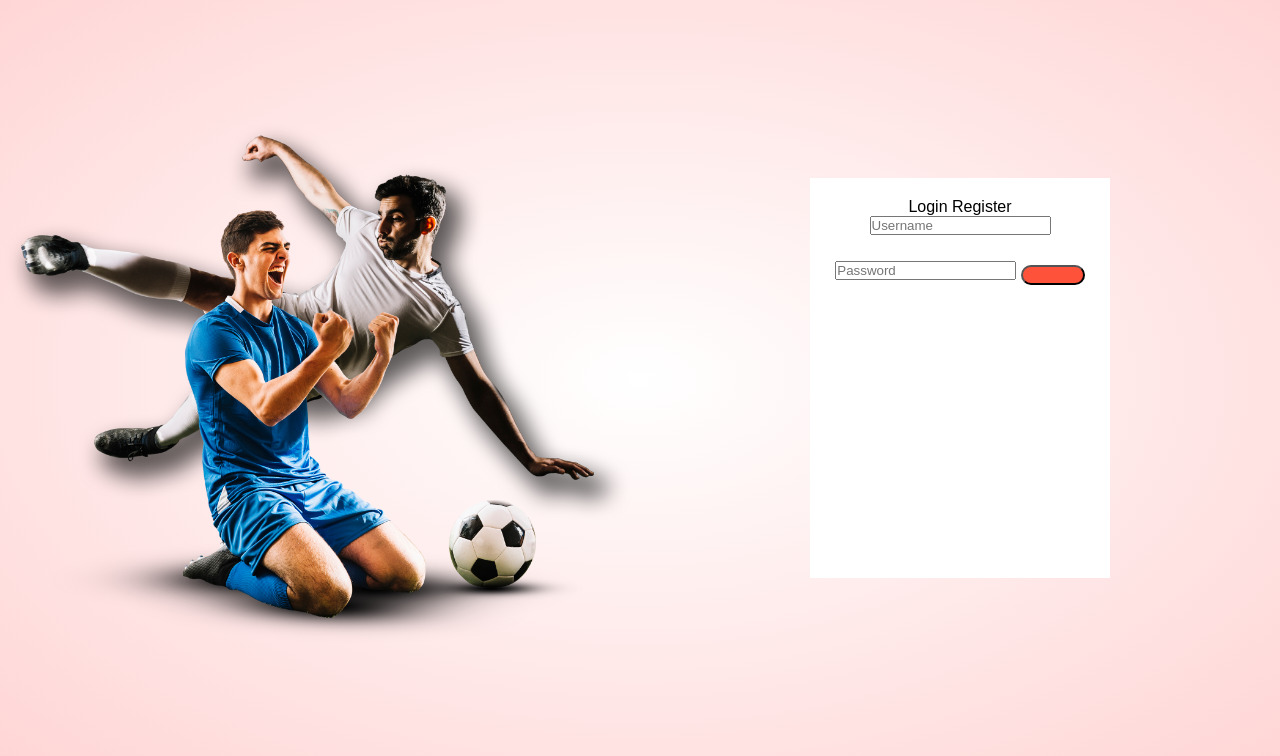
Repository: ritikalohia/tepid-frontend
Page: account.html
These files come from the project's save history. The page is drawn as it stood at one moment and after a run of saves; the edit follows.
The browser window is 1280 px wide. The pictures show the whole page.

Above is the page before, as saved 2021-06-09 12:24:29.

### account.html
<!DOCTYPE html>
<html lang="en">
<head>
    <meta charset="UTF-8">
    <meta http-equiv="X-UA-Compatible" content="IE=edge">
    <meta name="viewport" content="width=device-width, initial-scale=1.0">
    <link rel="stylesheet" href="style.css">
    <title>Document</title>
</head>
<body>
    <!---account page------>
    <div class="account-page">
        <div class="row">
            <div class="col-2">
                <img src="images/image1.png" width="100%" alt="">
            </div>
            <div class="col-2">
                <div class="form-container">
                    <div class="form-btn">
                        <span>Login</span>
                        <span>Register</span>
                    </div>
                    <form>
                        <input type="text" placeholder="Username">
                        <input type="password" placeholder="Password">
                        <button type="submit" class="btn"></button>
                    </form>
                </div>
            </div>

        </div>
    </div>


</body>
</html>

### style.css


*{
    margin: 0;
    padding: 0;
    box-sizing: border-box;
}

body{
    font-family: 'Poppins', sans-serif;
}

.navbar{
    display: flex;
    align-items: center;
    padding: 20px;
}

nav{
    flex: 1;
    text-align: right;
}

nav ul{
    display: inline-block;
    list-style-type: none;
}

nav ul li{
    display: inline-block;
    margin-right: 20px;
}

a{
    text-decoration: none;
    color: #555;
}

p{
    color: #555;
}

.container{
    max-width: 1300px;
    margin: auto;
    padding-left: 25px;
    padding-right: 25px;
}

.row{
    display: flex;
    align-items: center;
    flex-wrap: wrap;
    justify-content: space-around;
}

.col-2{
    flex-basis: 50%;
    min-width: 300px;
}

.col-2 img{
    max-width:100%;
    padding: 50px 0;
}

.col-2 h1{
    font-size: 50px;
    line-height: 60px;
    margin: 25px 0;
}

.btn{
    display: inline-block;
    background: #ff523b;
    color: #fff;
    margin: 30px 0;
    padding: 8px 30px;
    border-radius: 30px;
    transition: background 0.5s;
}

.btn:hover{
     background: #563434;
}

.header{
    background: radial-gradient(#fff, #ffd6d6);
}

.header .row{
    margin-top: 70px;
}

.categories{
    margin: 70px 0;
}

.col-3{
    flex-basis: 30%;
    min-width: 250px;
    margin-bottom: 30px;
}

.col-3 img{
    width: 100%;
}

.small-container{
    max-width: 1080px;
    margin: auto;
    padding-right: 25px;
    padding-left: 25px;
}

.col-4{
    flex-basis: 25%;
    padding: 10px;
    min-width: 200px;
    margin-bottom: 50px;
    transition: transform 0.5s;
}

.col-4 img{
    width: 100%;
}

.title{
    text-align: center;
    margin: 0 auto 80px;
    position: relative;
    line-height: 60px;
    color: #555;
}

.title::after{
    content: '';
    background: #ff523b;
    width: 80px;
    height: 5px;
    border-radius: 5px;
    position: absolute;
    bottom: 0;
    left: 50%;
    transform: translateX(-50%);
}

.title h4{
    color: #555;
    font-weight: normal;
}

.col-4 p{
    font-size: 14px;
}

.rating .fa{
    color: #ff523b;
}

.col-4:hover{
    transform: translateY(-5px);
}

/*----offer----*/
.offer{
    background: radial-gradient(#fff, #ffd6d6);
    margin-top: 80px;
    padding: 30px 0;
}

.col-2 .offer-img{
    padding: 50px;
}

small{
    color: #555;
}

/*Testimonial*/

.testimonial .col-3{
    text-align: center;
    padding: 40px 20px;
    box-shadow: 0 0 20px 0px rgba(0, 0, 0, 0.1);
    cursor: pointer;
    transition: transform 0.5s;
}

.testimonial .col-3 img{
    width: 50px;
    margin-top: 20px;
    border-radius: 50%;
}

.testimonial .col-3:hover{
    transform: translateY(-10px);
}

.fa.fa-qoute-left{
    font-size: 34px;
    color: #ff523b;
}

.col-3 p{
    font-size: 12px;
    margin: 12px 0;
    color: #777;
}

.testimonial .col-4 h3{
    font-weight: 600;
    color:#555;
    font-size: 16px;
}

/*-----------brands--------------*/
.brands{
    margin: 100px auto;
}

.col-5{
    width: 160px;
}

.col-5 img{
    width: 100%;
    cursor: pointer;
    filter: grayscale(100%);
}

.col-5 img:hover{
    filter: grayscale(0);
}


/*-------------footer---------------*/

.footer{
    background: #000;
    color: #8a8a8a;
    font-size: 14px;
    padding: 60px 0 20px;
}

.footer p {
    color: #8a8a8a;
}

.footer h3{
    color: #fff;
    margin-bottom: 20px;
}

.footer-col-1, .footer-col-2, .footer-col-3, .footer-col-4{
    min-width: 250px;
    margin-bottom: 20px;
}

.footer-col-1{
    flex-basis: 30%;
}

.footer-col-2{
    flex: 1;
    text-align: center;
}

.footer-col-2 img{
    width: 180px;
    margin: 20px;
}

.footer-col-3, .footer-col-4{
    flex-basis: 12%;
    text-align: center;
}

ul{
    list-style-type: none;
}

.app-logo{
    margin-top: 20px;
}

.app-logo img{
    width: 140px;
}

.footer hr{
    border: none;
    background: #b5b5b5;
    margin: 20px 0;
    height: 1px;
}

.copyright{
     text-align: center;
}

.menu-icon{
    width: 28px;
    margin-left: 20px;
    display: none;
}


/*-------------media query-------------*/
@media only screen and (max-width:800px){
    nav ul{
        position: absolute;
        top: 70px;
        left: 0;
        background: #333;
        width: 100%;
        overflow: hidden;
        transition: max-height 0.5s;
    }

    nav ul li{
        display: block;
        margin-right: 50px;
        margin-top: 10px;
        margin-bottom: 10px;
    }

    nav ul li a{
        color: #fff;
    }

    .menu-icon{
        display: block;
        cursor: pointer;
    }
}

/* media query for less than 600 screen size */
@media only screen and (max-width:600px){
    .row{
        text-align: center;
    }

    .col-2, .col-3, .col-4{
        flex-basis: 100%;
    }
}




/*  all products page  */
.row-2{
    justify-content: space-between;
    margin: 100px auto 50px;
}

select{
    border: 1px solid #ff523b;
    padding: 5px;
}

select:focus{
    outline: none;
}

.page-btn{
    margin: 0 auto 80px;
}

.page-btn span{
    display: inline-block;
    border: 1px solid #ff523b;
    margin-left: 10px;
    width: 40px;
    height: 40px;
    text-align: center;
    line-height: 40px;
    cursor: pointer;
}


.page-btn span:hover{
    background: #ff523b;
    color: #fff;
}



/*--------Product page---------*/
.single-product{
    margin-top: 80px;
}

.single-product .col-2 img{
    padding: 0;
}

.single-product .col-2{
    padding: 20px;
}

.single-product h4{
    margin: 20px 0;
    font-size: 22px;
    font-weight: bold;
}

.single-product select{
    display: block;
    padding: 10px;
    margin-top: 20px;
}

.single-product input{
    width: 50px;
    height: 40px;
    padding-left: 10px;
    font-size: 20px;
    margin-right: 10px;
    border: 1px solid #ff523b;
}

input:focus{
    outline: none;
}

.single-product .fa{
    color: #ff523b;
    margin-left:  10px;
}

.small-img-row{
    display: flex;
    justify-content: space-around;
}

.small-img-col{
    flex-basis: 24%;
    cursor: pointer;
}

@media only screen and (max-width:600px){

    .single-product{
        text-align: left;
    }

    .single-product .col-2{
        padding: 20px 0;
    }
    .single-product h1{
        font-size: 26px;
        line-height: 22px;
    }
}


/*-------cart items------*/
.cart-page{
    margin: 80px auto;
}

table{
    width: 100%;
    border-collapse: collapse;
}

.cart-info{
    display: flex;
    flex-wrap: wrap;
}

th{
    text-align: left;
    padding: 5px;
    color: #fff;
    background: #ff523b;
    font-weight: normal;
}

td{
    padding: 10px 5px;
}

td input{
    width: 40px;
    height: 30px;
    padding: 5px;
}

td a{
    color: #ff523b;
    font-size: 12px;
}

td img{
    width: 80px;
    height: 80px;
    margin-right: 10px;
}

.total-price{
    display: flex;
    justify-content: flex-end;
}

.total-price table{
    border-top: 3px solid #ff523b;
    width: 100%;
    max-width: 400px;
}

td:last-child{
    text-align: right;
}

th:last-child{
    text-align: right;
}

@media only screen and (max-width:600px){
    .cart-info p{
        display: none;
    }
}



/* account page */
.account-page{
    padding: 50px 0;
    background: radial-gradient(#fff, #ffd6d6);
}

.form-container{
    background: #fff;
    width: 300px;
    height: 400px;
    position: relative;
    text-align: center;
    padding: 20px 0;
    margin: auto;
    box-shadow:  0 0 20 0 rgba(0, 0, 0, 0.1);
}

After the next 2 saves:
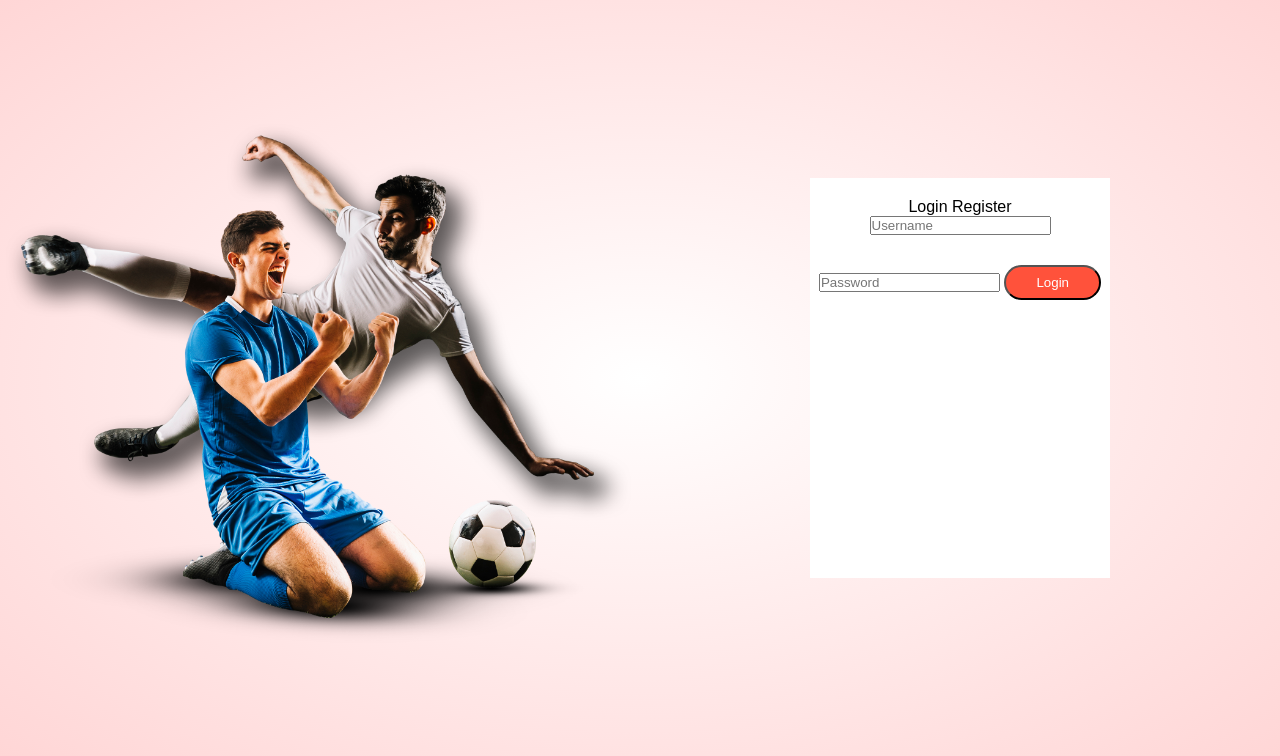
The 2 saves are shown as one change because they came seconds apart.
The last was saved 5 s later.
--- a/account.html
+++ b/account.html
@@ -23,7 +23,7 @@
                     <form>
                         <input type="text" placeholder="Username">
                         <input type="password" placeholder="Password">
-                        <button type="submit" class="btn"></button>
+                        <button type="submit" class="btn">Login</button>
                     </form>
                 </div>
             </div>
